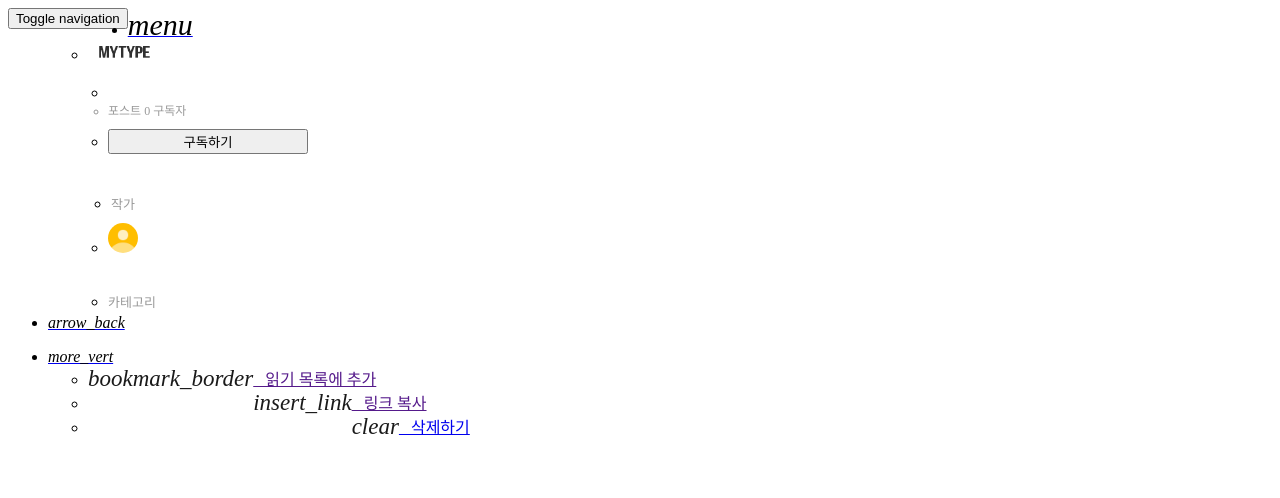
Repository: tiasilrans/N_Mytype
Page: http://localhost/workProject/WEB-INF/view/blog/post/postViewNav.jsp
The author's editor kept a copy of each file at every save. The page is drawn from the files as they stood at one save, then again after the next save.
The browser window is 1280 px wide. The pictures show the whole page.
The page is served by Tomcat 9. Nobody is signed in. Other server files are loaded and not shown. The template is opened directly, without the code that normally fills it, so the values that code supplies are empty.

Above is the page before, as saved 2017-09-18 11:47:39.
Console error: ReferenceError: $ is not defined

### workProject/WebContent/WEB-INF/view/blog/post/postViewNav.jsp
<%@ page language="java" contentType="text/html; charset=UTF-8"
    pageEncoding="UTF-8"%>
<%@ taglib prefix="c" uri="http://java.sun.com/jsp/jstl/core" %>



<section class="navbar-info ">
	<nav class="navbar navbar-default" style="margin-bottom: 0px; ">
		<div>
			<!-- Brand and toggle get grouped for better mobile display -->
			<div class="navbar-header navbar-me">
				<button type="button"
					class="navbar-toggle collapsed menu-collapsed-button"
					data-toggle="collapse" data-target="#navbar-primary-collapse"
					aria-expanded="false" style="float: left;">
					<span class="sr-only">Toggle navigation</span> <span
						class="icon-bar"></span> <span class="icon-bar"></span> <span
						class="icon-bar"></span>
				</button>
			</div>


				 <!-- 나브바 왼쪽 -->
				<ul class="nav navbar-nav navbar-left">
				<li class="dropdown"><a class="dropdown-toggle"
						data-toggle="dropdown" href="#" style="background-image: none; background-color: white; margin: 0px;"><i class="material-icons" style="font-size: 30px; color: black;">menu</i></a>
						<ul class="dropdown-menu" style="width: 250px;">
							<li style="margin-bottom: 20px;"><a href="/"><img src="/images/title.png" style="height: 18px;"></a></li>
							<li style="margin-left: 20px; font-family: sans-serif; color: black; font-size: 15px; font-weight: 700%"><span>${post.TITLE}</span></li>
							<li style="margin-left: 20px; color: #999999; font-size: 12px; margin-bottom: 10px;">${totalpost } <span>포스트</span> 0 <span>구독자</span></li>
							<li style="margin-left: 20px; margin-bottom: 40px;"><button class="btn btn-default" style="width: 200px;">구독하기</button></li>
							<li style="margin-bottom: 10px; margin-left: 23px;"><span style="color: #999999; font-family: sans-serif; font-size: 13px; ">작가</span></li>
							<li style="margin-left: 20px; margin-bottom: 35px;"><img src="/images/avatar_yellow.png" style="width:45px; border-radius: 30px; width: 30px; height: 30px;"><span style="margin-left: 10px; font-family: sans-serif; color: black;">${post.nickname }</span></li>
							<li style="margin-top: 10px; margin-left: 20px;"><span style="color: #999999; font-family: sans-serif; font-size: 13px;">카테고리</span></li>
						</ul></li>
						<li style="margin-top: 3px;">
							<a href="/blog/${post.URL}"><i class="material-icons" style="color: black;">arrow_back</i>
						</a></li>
				</ul>
			   <!-- 나브바 오른쪽 -->
				<ul class="nav navbar-nav navbar-right">
					<li class="dropdown"><a class="dropdown-toggle"
						data-toggle="dropdown" href="#" style="background-image: none; background-color: white; margin: 0px; right: 25px;"><i class="material-icons" style="color: black;">more_vert</i></a>
						  <ul class="dropdown-menu" style=" right: 20px;">
                            	<li><a href=""><i class="material-icons" style="color: #1a1a1a; font-size: 23px; float: left;">bookmark_border</i>　　<span style="margin-left: -20px;">읽기 목록에 추가</span></a></li>
                            	<li><a href=""><i class="material-icons" style="color: #1a1a1a; font-size: 23px; float: left;">insert_link</i>　　<span style="margin-left: -20px;">링크 복사</span> </a></li>
                            	<c:choose>
                            	<c:when test="${sessionScope.login eq post.EMAIL }">
                            		<li><a href="#" onclick="delchk();"><i class="material-icons" style="color: #1a1a1a; font-size: 23px; float: left;">clear</i>　　<span style="margin-left: -20px;">삭제하기</span> </a></li>
                            	</c:when>
                            	<c:otherwise>
                            		<li><a href=""><i class="material-icons" style="color: #1a1a1a; font-size: 23px; float: left;">flag</i>　　<span style="margin-left: -20px;">신고하기</span> </a></li>
								</c:otherwise>
								</c:choose>
                          </ul>
                          </li>
   				</ul>
		</div>
	</nav>
</section>


<script>
$(window).scroll(function() {
	if ($(this).scrollTop() > 5) {
		$(".navbar-me").addClass("fixed-me");
		$(".fixed-me").removeClass("navbar-me");
	} else {
		$(".fixed-me").addClass("navbar-me");
		$(".navbar-me").removeClass("fixed-me");

	}
});

function delchk(){
    if(confirm("포스트를 삭제하시겠습니까?")){

    	$.post({
			url : "/postdelete.mt",
			data : {
				"num" : "${post.NUM }",
				"url" : "${post.URL}"
			}
		}).done(function(result) {
			if(result.result){
				location.href="/blog/"+result.url;
				window.alert("삭제가 완료되었습니다.");
			}else{
				window.alert("포스트 삭제에 실패하였습니다.");
			}
		});

        return true;
    } else {
        return false;
    }
};



</script>

After the next save:
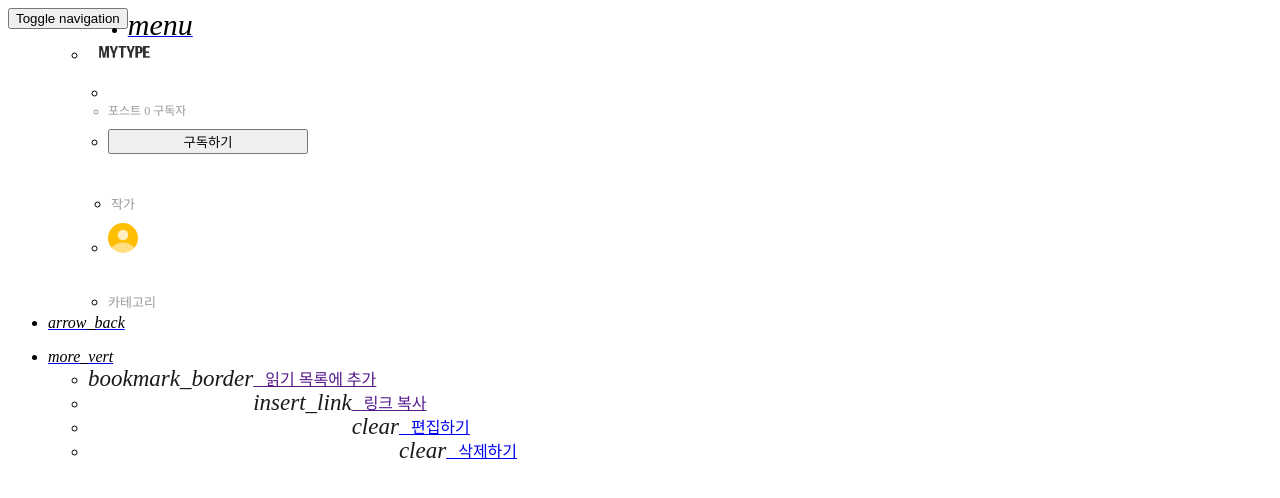
Saved 119 s later.
--- a/workProject/WebContent/WEB-INF/view/blog/post/postViewNav.jsp
+++ b/workProject/WebContent/WEB-INF/view/blog/post/postViewNav.jsp
@@ -46,6 +46,7 @@
                             	<li><a href=""><i class="material-icons" style="color: #1a1a1a; font-size: 23px; float: left;">insert_link</i>　　<span style="margin-left: -20px;">링크 복사</span> </a></li>
                             	<c:choose>
                             	<c:when test="${sessionScope.login eq post.EMAIL }">
+                            		<li><a href="#" onclick="delchk();"><i class="material-icons" style="color: #1a1a1a; font-size: 23px; float: left;">clear</i>　　<span style="margin-left: -20px;">편집하기</span> </a></li>
                             		<li><a href="#" onclick="delchk();"><i class="material-icons" style="color: #1a1a1a; font-size: 23px; float: left;">clear</i>　　<span style="margin-left: -20px;">삭제하기</span> </a></li>
                             	</c:when>
                             	<c:otherwise>
